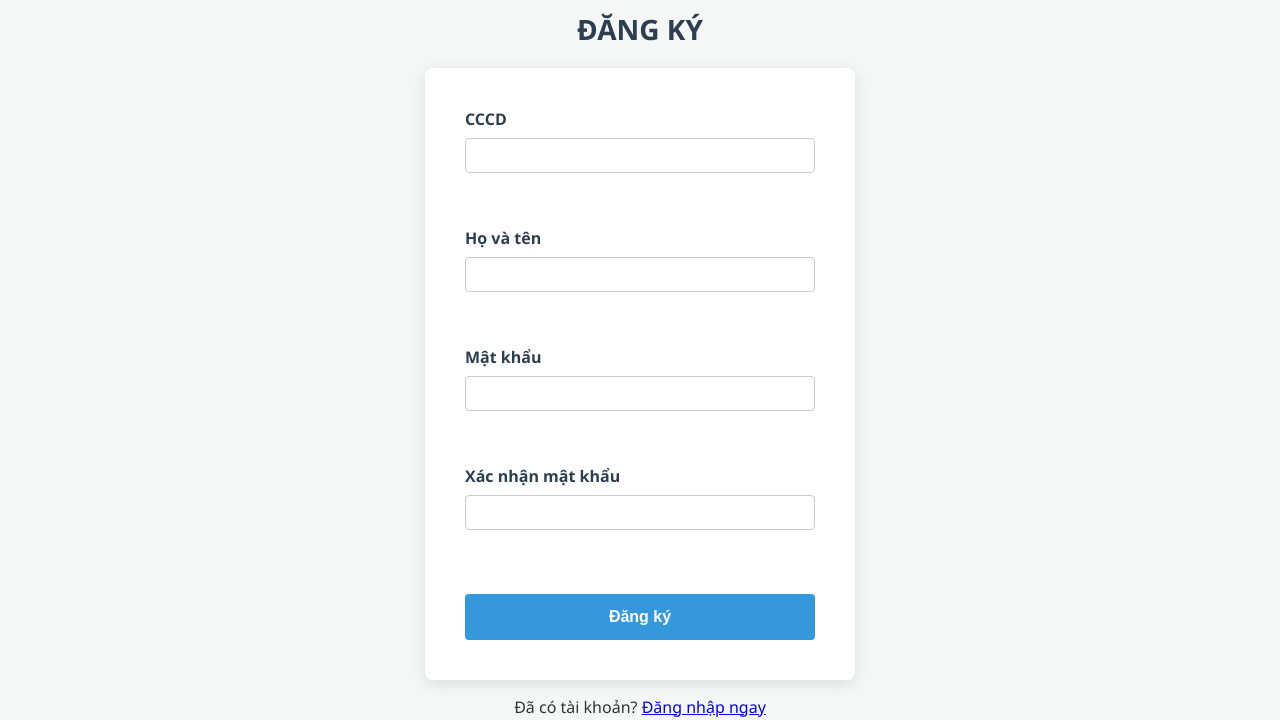
Repository: Chien02/SOAProjects
Page: http://localhost/QuanLyHangHoaWebClient/register.jsp
The author's editor kept a copy of each file at every save. The page is drawn from the files as they stood at one save, then again after the next save.
The browser window is 1280 px wide. The pictures show the whole page.
The page is served by Tomcat 9. Nobody is signed in. The application's start-up code is not run.

Above is the page before, as saved 2026-03-23 17:57:25.

After the next save:
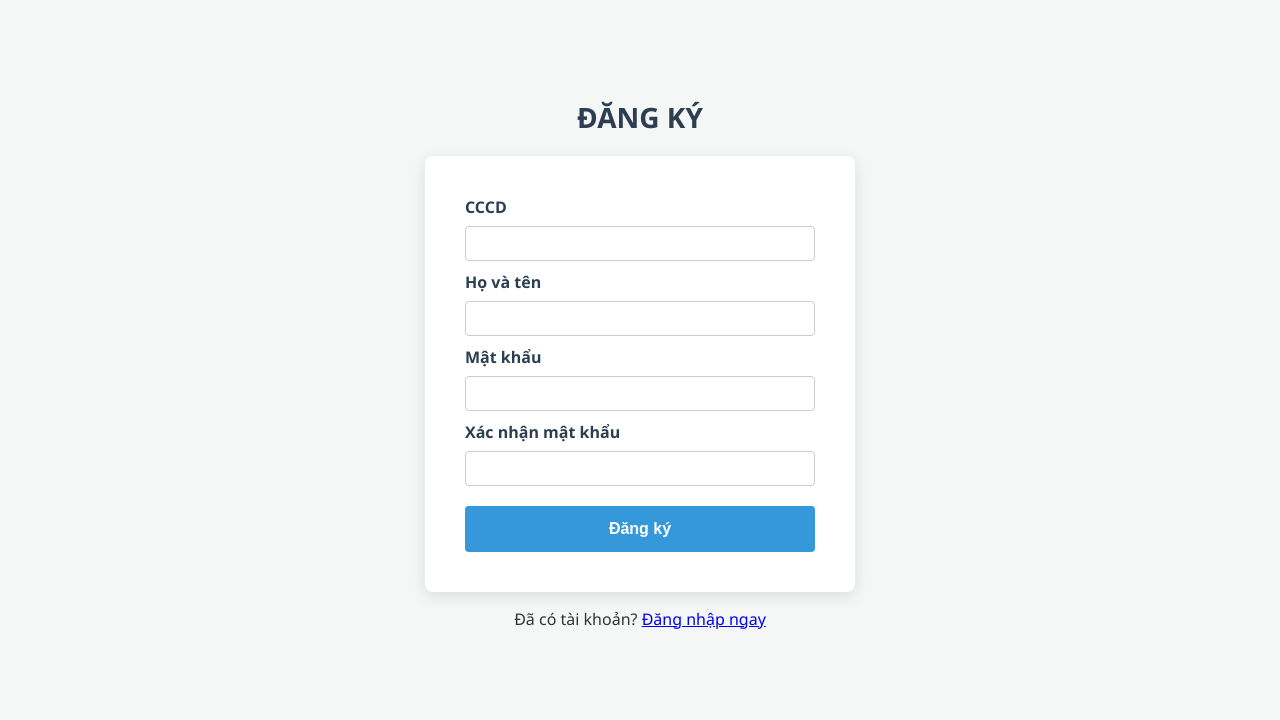
Saved 15 s later.
--- a/QuanLyHangHoaWebClient/WebContent/register.jsp
+++ b/QuanLyHangHoaWebClient/WebContent/register.jsp
@@ -12,16 +12,16 @@
 	<p style="color: red;">${errorMsg}</p>
 	<form action="customer" method="POST">
 		<label for="cccd">CCCD</label>
-		<input type="text" name="cccd"><br><br>
+		<input type="text" name="cccd">
 
 		<label for="username">Họ và tên</label>
-		<input type="text" name="username"><br><br>
+		<input type="text" name="username">
 
 		<label for="password">Mật khẩu</label>
-		<input type="password" name="password"><br><br>
+		<input type="password" name="password">
 
 		<label for="confirmPassword">Xác nhận mật khẩu</label>
-		<input type="password" name="confirmPassword"><br><br>
+		<input type="password" name="confirmPassword">
 
 		<button type="submit" name="action" value="dangKy">Đăng ký</button>
 	</form>
